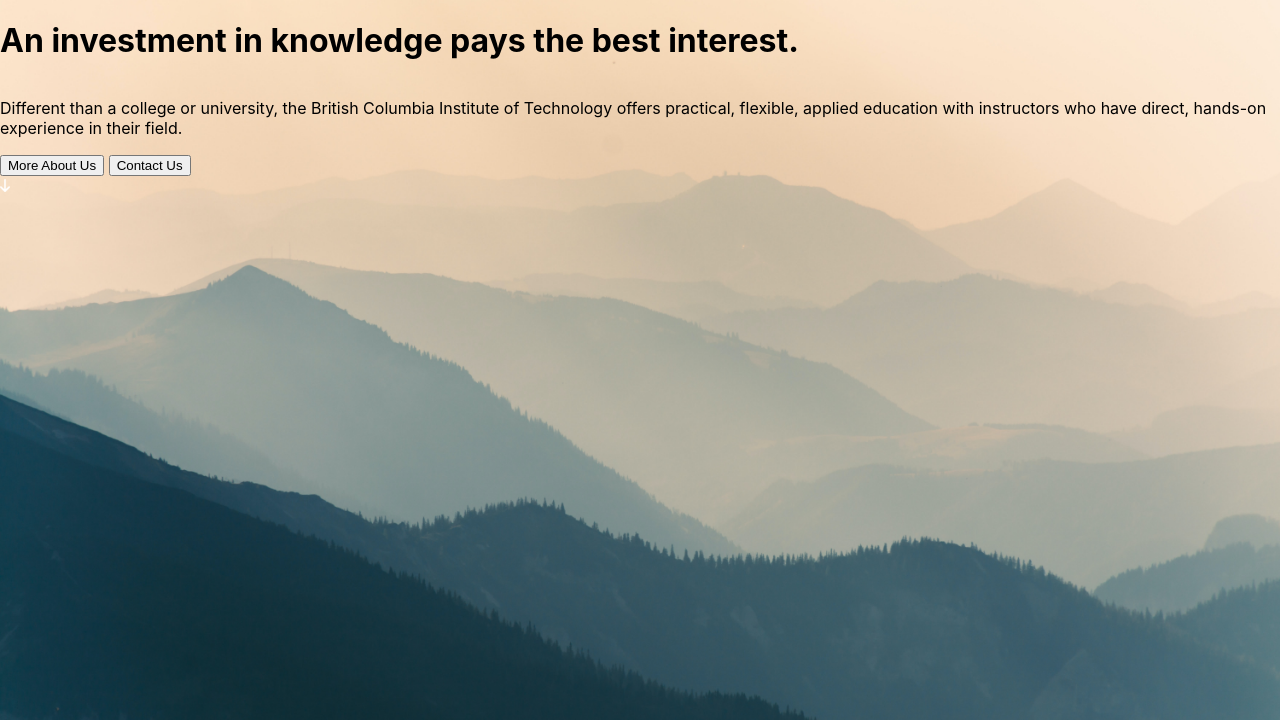
Repository: SaraShio/A01314209_Sara_Shiojima
Page: /
An editor plug-in stored every save of this project. The page is shown before and after a run of saves, followed by the edit.
The browser window is 1280 px wide. The pictures show the whole page.
The project was rebuilt for these pictures with package versions that can differ from the ones it lists, and the page was loaded fresh each time. The framework's server and built-in components were replaced by stand-ins that run in the browser. Also part of the build but not shown: next.config.js.

Above is the page before, as saved 2023-02-07 22:12:33.

After the next 3 saves:
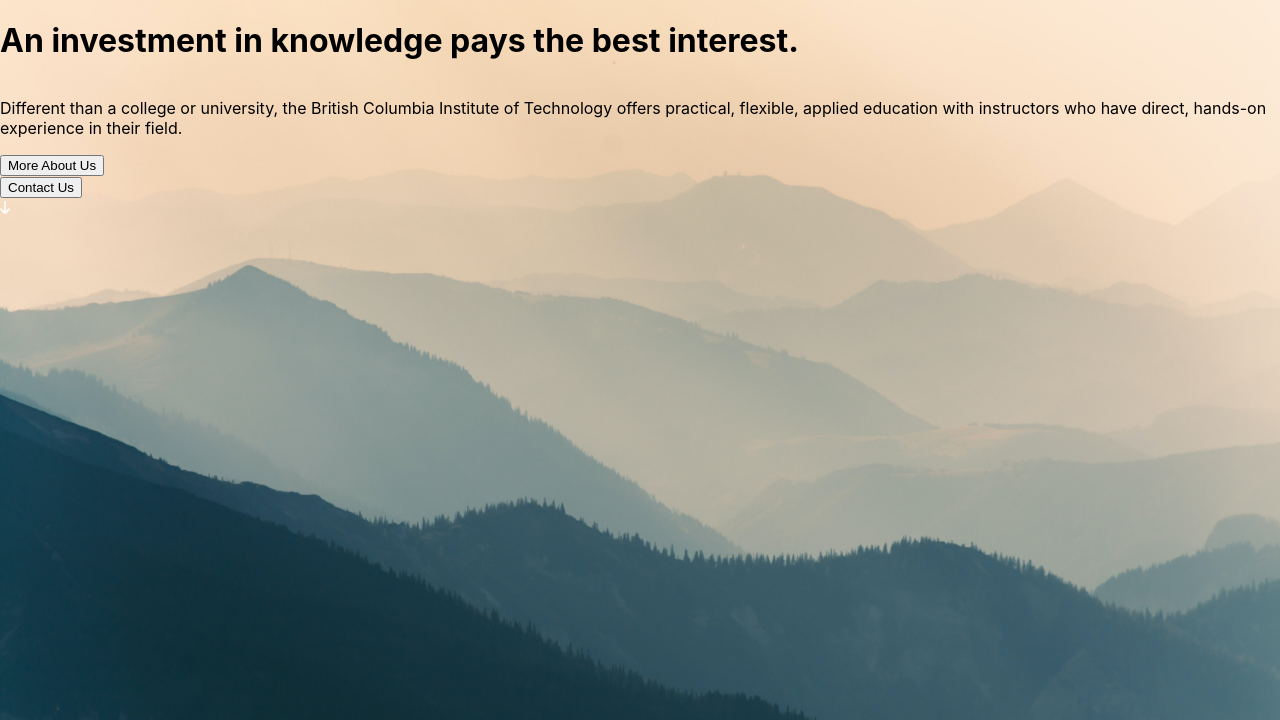
The 3 saves are shown as one change because 1 did not build or start and some came seconds apart.
The last was saved 31 s later.
--- a/pages/index.js
+++ b/pages/index.js
@@ -22,12 +22,10 @@
           </header>
 
           <p>Different than a college or university, the British Columbia Institute of Technology offers practical, flexible, applied education with instructors who have direct, hands-on experience in their field.</p>
-          <div className={styles.button}>
             <a href='/about'> <button>More About Us</button></a>
 
             <a href='/contact'> <button>Contact Us</button></a>
           </div>
-        </div>
         <Arrow page="Home" />
       </main>
     </>

After the save that followed:
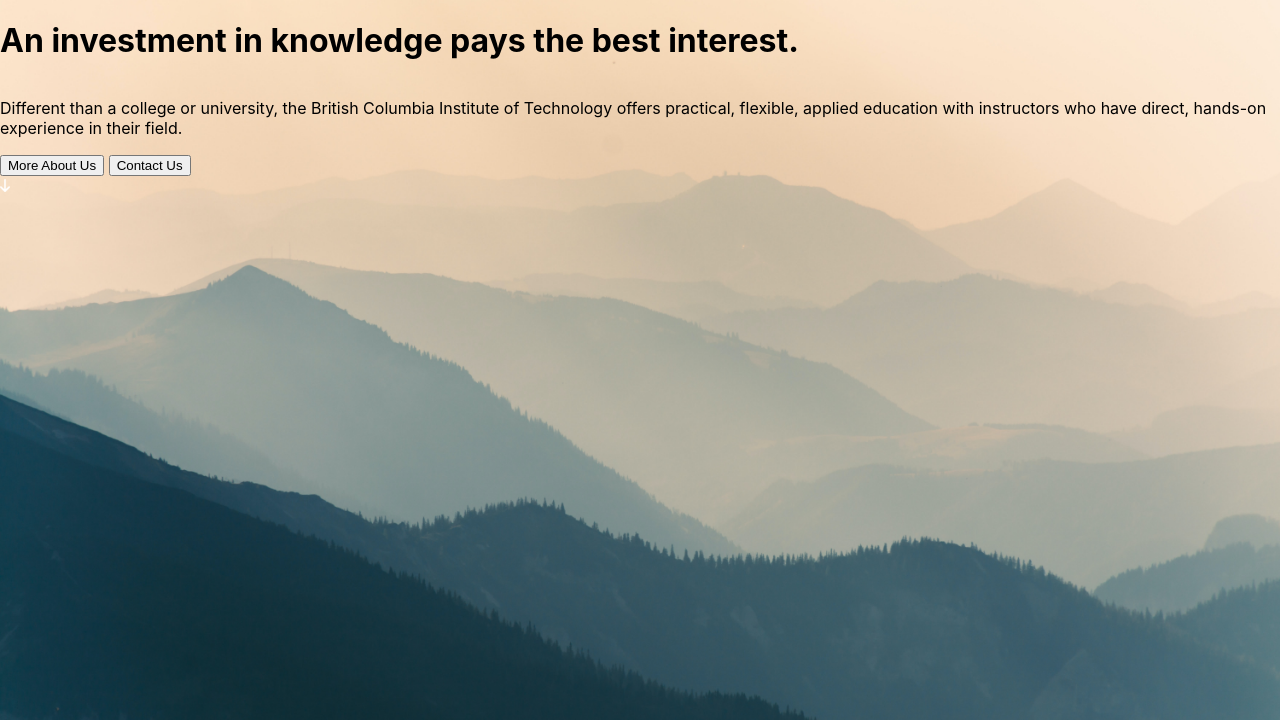
Saved 6 s later.
--- a/pages/index.js
+++ b/pages/index.js
@@ -22,10 +22,12 @@
           </header>
 
           <p>Different than a college or university, the British Columbia Institute of Technology offers practical, flexible, applied education with instructors who have direct, hands-on experience in their field.</p>
+          <div className={styles.button}>
             <a href='/about'> <button>More About Us</button></a>
 
             <a href='/contact'> <button>Contact Us</button></a>
           </div>
+        </div>
         <Arrow page="Home" />
       </main>
     </>
